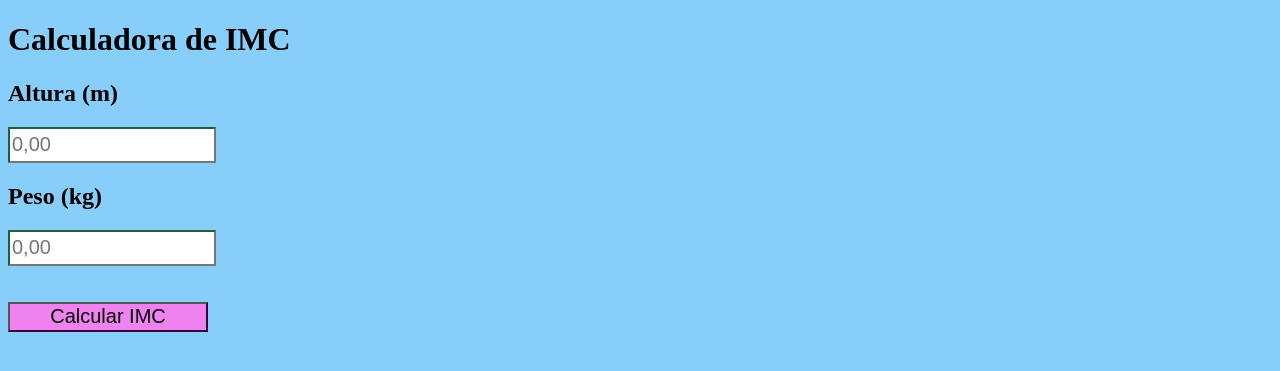
Repository: DeboraGuerra/programacaoWeb
Page: http://localhost/Desafio03/
The author's editor kept a copy of each file at every save. The page is drawn from the files as they stood at one save, then again after the next save.
The browser window is 1280 px wide. The pictures show the whole page.
The page is served by Tomcat 9.

Above is the page before, as saved 2020-03-24 00:09:15.

After the next save:
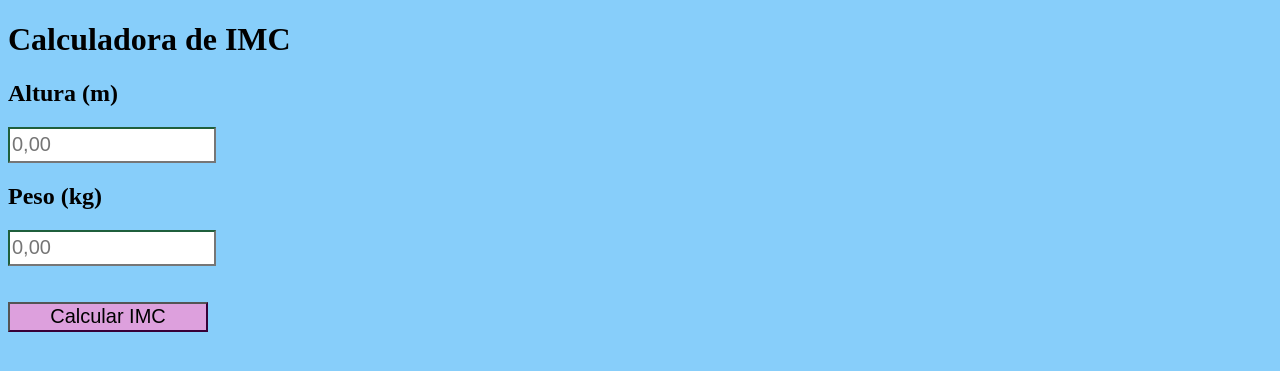
Saved 34 s later.
--- a/projetos-java/Desafio03/WebContent/style.css
+++ b/projetos-java/Desafio03/WebContent/style.css
@@ -13,7 +13,7 @@
 }
 
 .botao1 {
-    background-color: #ee82ee;
+    background-color: #dda0dd;
     width: 200px;
     height: 30px;
     font-size: 20px;
